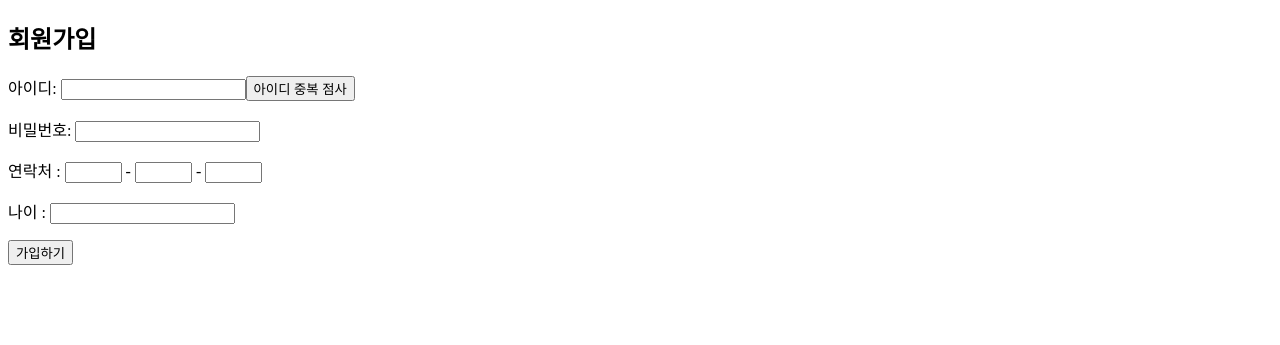
Repository: geonyoung112/Jsp_practice
Page: http://localhost/lcomputerstudy/Newjoin.jsp
These files come from the project's save history. The page is drawn as it stood at one moment and after the next save; the edit follows.
The browser window is 1280 px wide. The pictures show the whole page.
The page is served by Tomcat 9. Other server files are loaded and not shown.

Above is the page before, as saved 2023-04-07 02:26:52.

### lcomputerstudy/src/main/webapp/Newjoin.jsp

<%@ page language="java" contentType="text/html; charset=UTF-8"
    pageEncoding="UTF-8"%>
<!DOCTYPE html>
<html>
<head>
<meta charset="UTF-8">
<title>JSP로 회원가입 만들기</title>
</head>
<body>
	<h2> 회원가입</h2>
	<form action="join_process.jsp" name="user" method="post">
	<p> 아이디: <input type="text" name="id"><input type="button" value="아이디 중복 점사"></p>
	<p> 비밀번호: <input type="password" name="password"></p>
	<p> 연락처 : <input type="text" maxlength="4" size="4" size="4" name="tel1"> -
			  <input type="text" maxlength="4" size="4" name="tel2"> -
			  <input type="text" maxlength="4" size="4" name="tel3">
	</p>
	<p> 나이 : <input type="text" name="age"></p>
	<p> <input type="submit" value="가입하기"></p>
	</form>
</body>
</html>

After the next save:
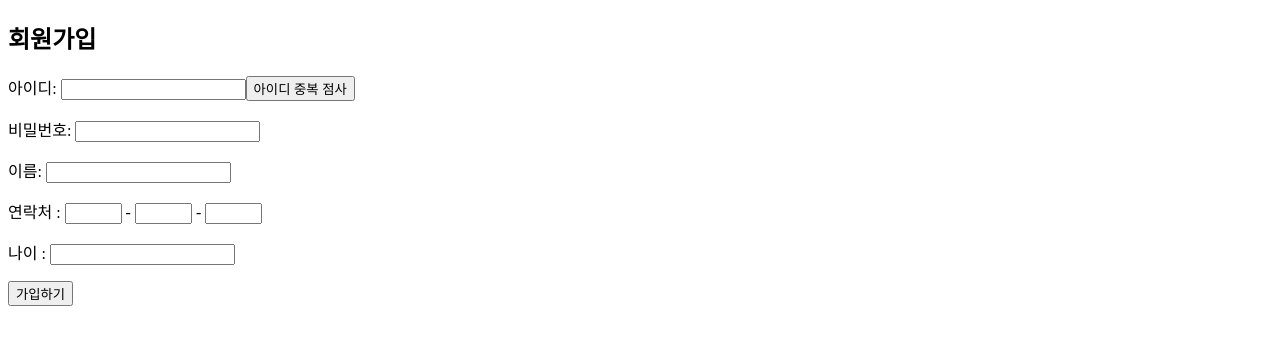
Saved 6 min 11 s later.
--- a/lcomputerstudy/src/main/webapp/Newjoin.jsp
+++ b/lcomputerstudy/src/main/webapp/Newjoin.jsp
@@ -12,6 +12,7 @@
 	<form action="join_process.jsp" name="user" method="post">
 	<p> 아이디: <input type="text" name="id"><input type="button" value="아이디 중복 점사"></p>
 	<p> 비밀번호: <input type="password" name="password"></p>
+	<p> 이름: <input type="text" name="name"></p>
 	<p> 연락처 : <input type="text" maxlength="4" size="4" size="4" name="tel1"> -
 			  <input type="text" maxlength="4" size="4" name="tel2"> -
 			  <input type="text" maxlength="4" size="4" name="tel3">
